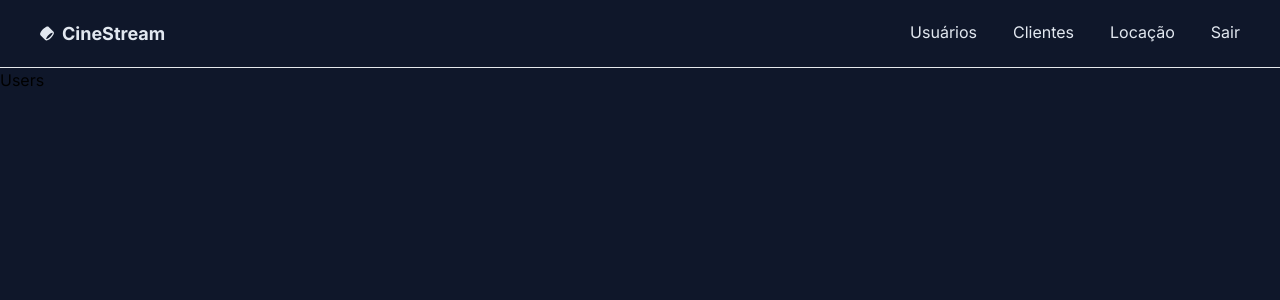
Repository: GabrielMA0/CineStream
Page: /users
An editor plug-in stored every save of this project. The page is shown before and after the next save, followed by the edit.
The browser window is 1280 px wide. The pictures show the whole page.
The project was rebuilt for these pictures with package versions that can differ from the ones it lists, and the page was loaded fresh each time. Also part of the build but not shown: vite.config.ts, src/components/atoms/Button.vue, src/components/atoms/Alert.vue, src/components/atoms/Label.vue, src/components/atoms/Input.vue, src/components/atoms/ErrorMessage.vue, src/components/molecules/InputField.vue, src/components/organisms/Forms/LoginForm.vue and 3 more.

Above is the page before, as saved 2025-07-23 14:50:58.

After the next save:
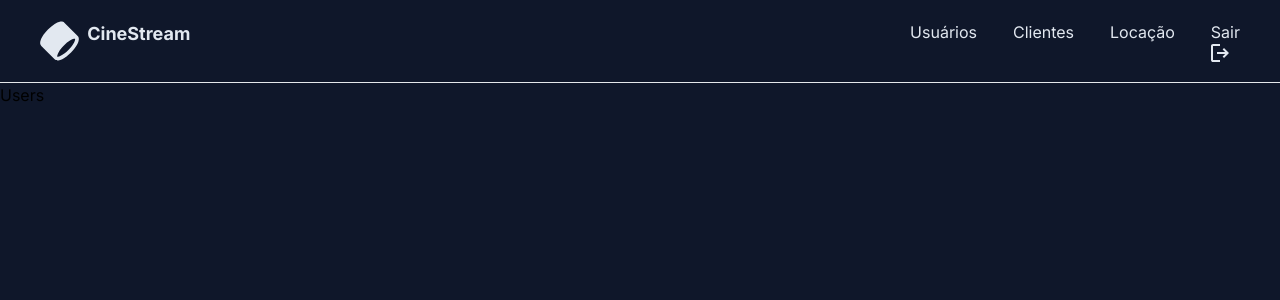
Saved 100 s later.
--- a/src/components/molecules/NavLink.vue
+++ b/src/components/molecules/NavLink.vue
@@ -7,7 +7,11 @@
         <Link url="/users">Usuários</Link>
         <Link url="/clients">Clientes</Link>
         <Link url="/rental">Locação</Link>
-        <Link>Sair</Link>
+        <Link>
+            Sair
+        <img src="/leave-icon.svg" alt="Logo" />
+
+        </Link>
     </nav>
 </template>
 
